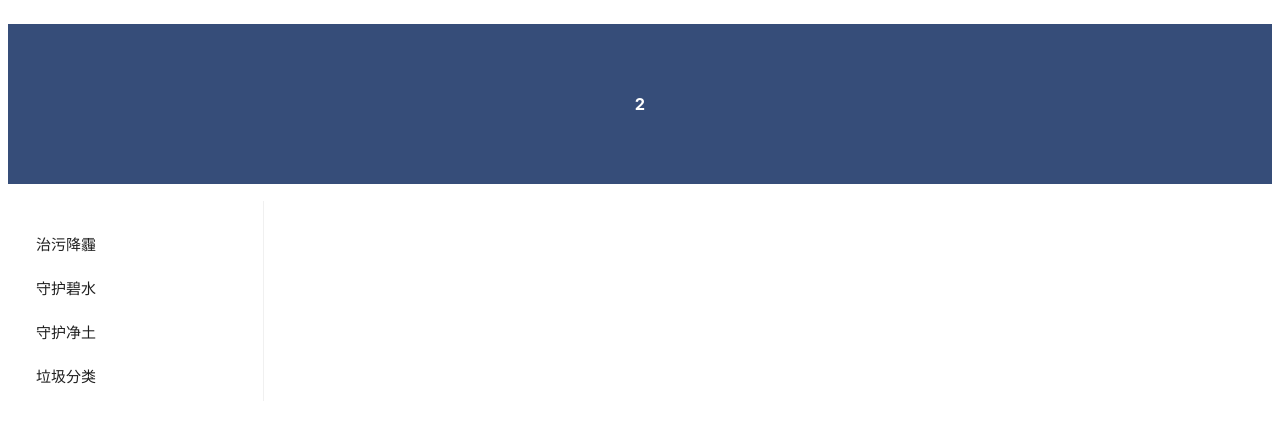
Repository: samllbin/summerWeb
Page: /
These files come from the project's save history. The page is drawn as it stood at one moment and after the next save; the edit follows.
The browser window is 1280 px wide. The pictures show the whole page.
The project was rebuilt for these pictures with package versions that can differ from the ones it lists, and the page was loaded fresh each time. Also part of the build but not shown: vite.config.js, components/menu/config.js, components/article/index.module.css, components/article/index.jsx.

Above is the page before, as saved 2024-07-22 16:26:50.

After the next save:
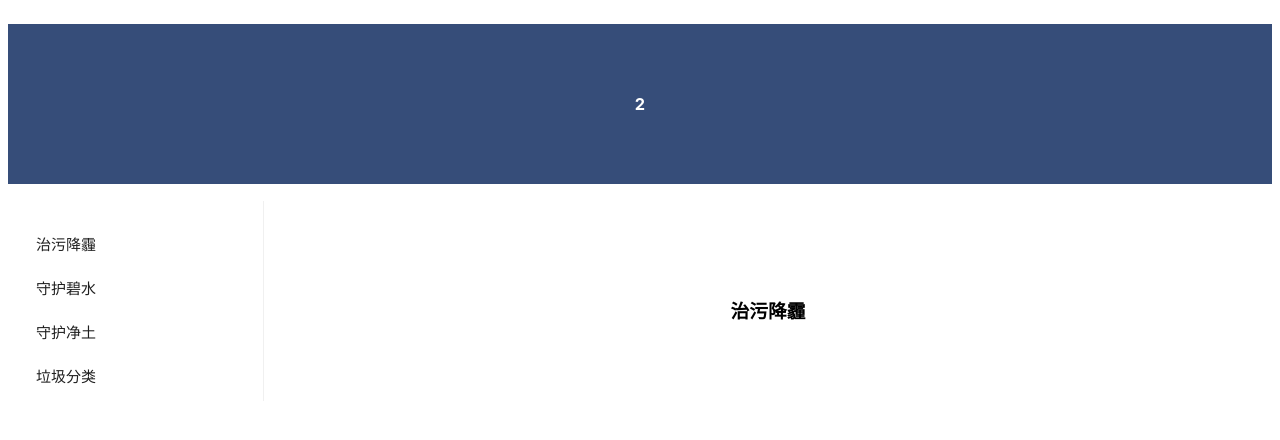
Saved 46 s later.
--- a/components/content/index.jsx
+++ b/components/content/index.jsx
@@ -3,5 +3,17 @@
 import config from "./config";
 
 export default function Content() {
-  return <div className={style.layout}></div>;
+  return (
+    <div className={style.layout}>
+      {config.map((item, index) => {
+        return (
+          <div className={style.item} key={index}>
+            <img src={item.image} alt="" />
+            <h3>{item.title}</h3>
+            <p>{item.description}</p>
+          </div>
+        );
+      })}
+    </div>
+  );
 }

After the save that followed:
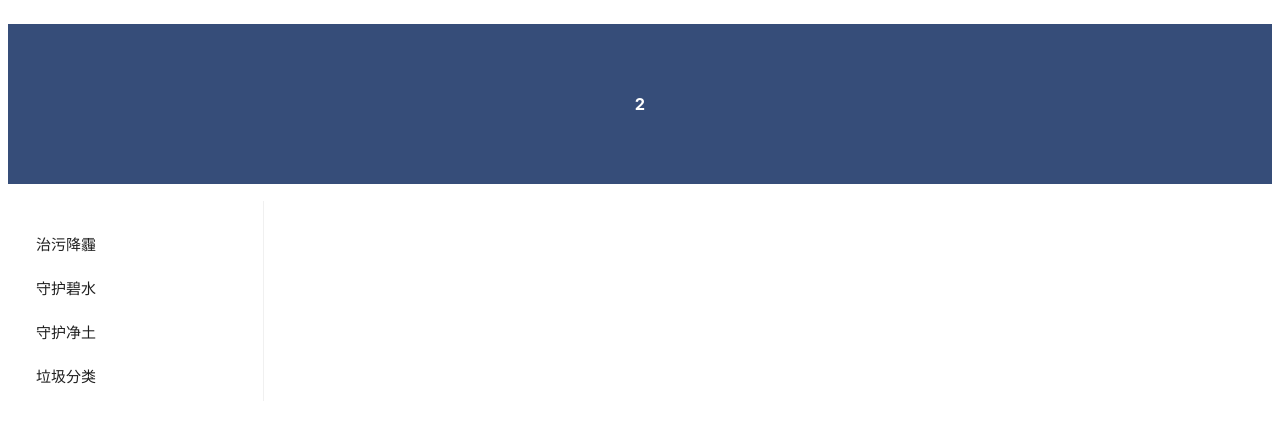
Saved 46 s later.
--- a/components/content/index.jsx
+++ b/components/content/index.jsx
@@ -5,14 +5,8 @@
 export default function Content() {
   return (
     <div className={style.layout}>
-      {config.map((item, index) => {
-        return (
-          <div className={style.item} key={index}>
-            <img src={item.image} alt="" />
-            <h3>{item.title}</h3>
-            <p>{item.description}</p>
-          </div>
-        );
+      {config.filter((item) => {
+        item.title === "治污降霾";
       })}
     </div>
   );
